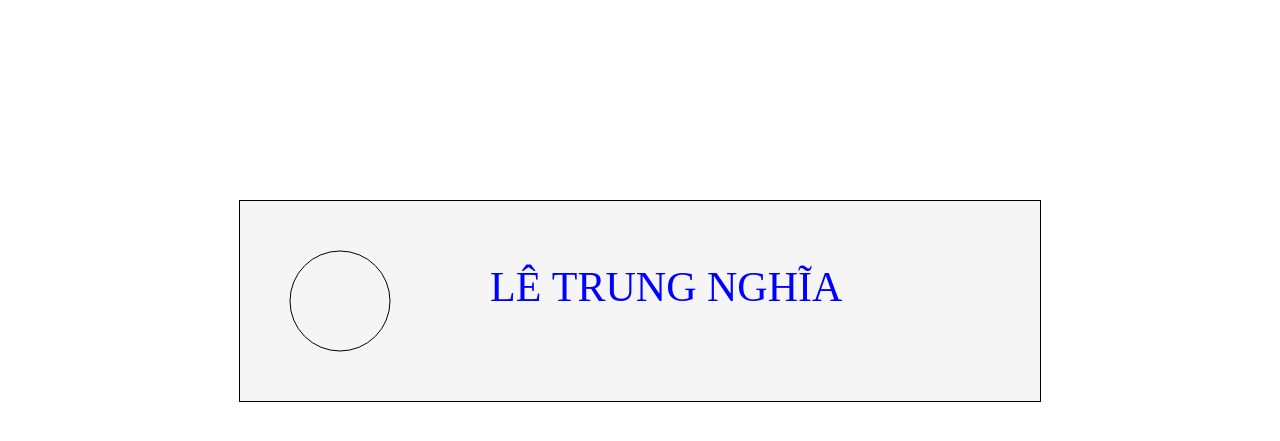
Repository: Nghia19/WEB20022-_00
Page: HTML5_CSS3/bai-4.html
An editor plug-in stored every save of this project. The page is shown before and after a run of saves, followed by the edit.
The browser window is 1280 px wide. The pictures show the whole page.

Above is the page before, as saved 2021-06-26 13:36:27.

After the next 3 saves:
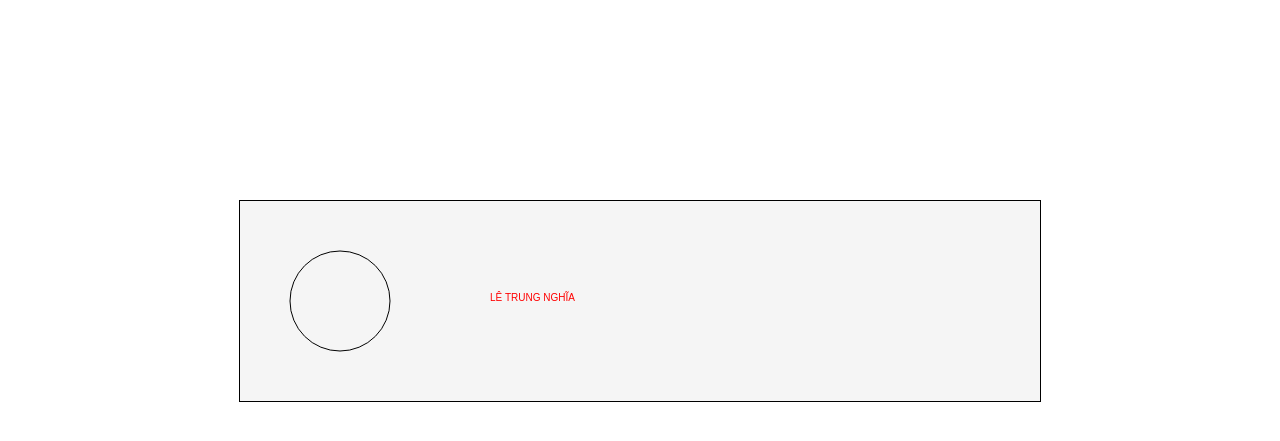
The 3 saves are shown as one change because they came seconds apart.
The last was saved 110 s later.
--- a/HTML5_CSS3/bai-4.html
+++ b/HTML5_CSS3/bai-4.html
@@ -24,8 +24,8 @@
     <script>
       var canvas = document.getElementById("arcexmaple");
       var ctx = canvas.getContext("2d");
-      ctx.font = "42px serif";
-      ctx.fillStyle = "blue";
+      ctx.font = "20px";
+      ctx.fillStyle = "red";
       ctx.fillText("LÊ TRUNG NGHĨA", 250, 100);
       ctx.beginPath();
       ctx.arc(100, 100, 50, 0, 2 * Math.PI);

After the 2 saves that followed:
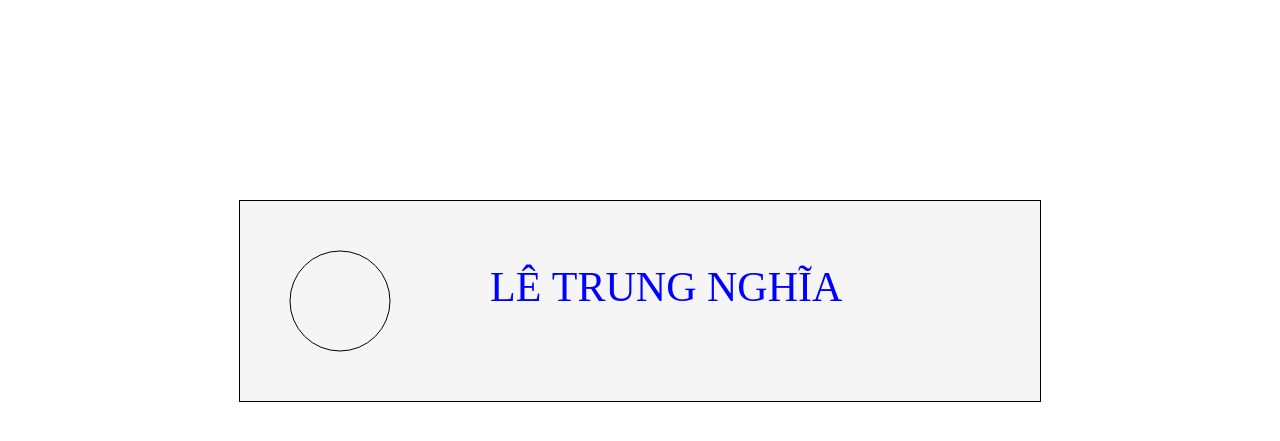
The 2 saves are shown as one change because 1 left the picture as it was.
The last was saved 20 s later.
--- a/HTML5_CSS3/bai-4.html
+++ b/HTML5_CSS3/bai-4.html
@@ -24,8 +24,8 @@
     <script>
       var canvas = document.getElementById("arcexmaple");
       var ctx = canvas.getContext("2d");
-      ctx.font = "20px";
-      ctx.fillStyle = "red";
+      ctx.font = "42px serif";
+      ctx.fillStyle = "blue";
       ctx.fillText("LÊ TRUNG NGHĨA", 250, 100);
       ctx.beginPath();
       ctx.arc(100, 100, 50, 0, 2 * Math.PI);
